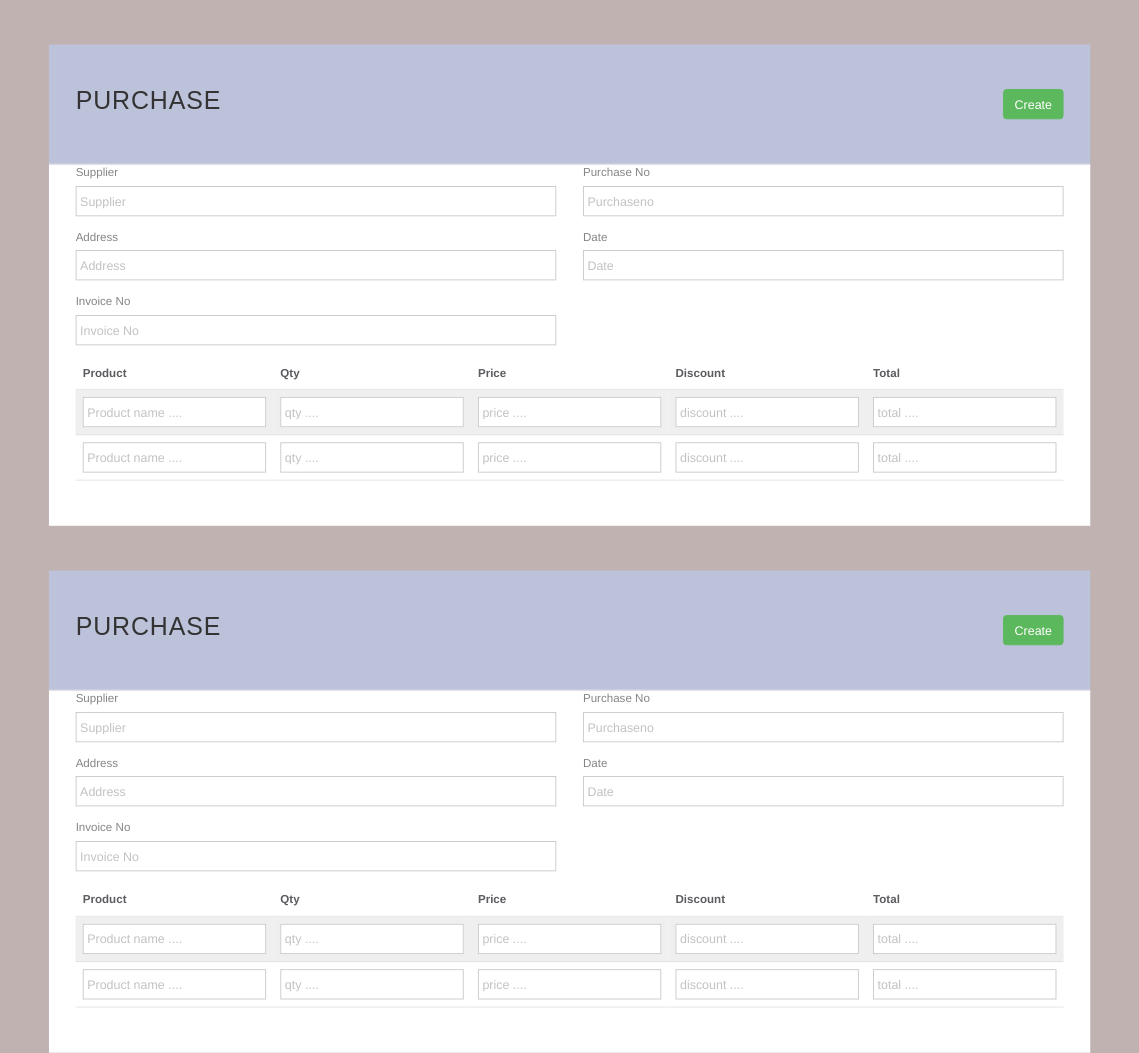
Repository: shofiulalammiyazi/bdortho
Page: http://localhost/home/purchase/purchaseCreate
The author's editor kept a copy of each file at every save. The page is drawn from the files as they stood at one save, then again after the next save.
The browser window is 1280 px wide. The pictures show the whole page, at 89% of full size.
The page is this project's Thymeleaf template; nobody is signed in. The template is opened directly, without the code that normally fills it, so the values that code supplies are empty.

Above is the page before, as saved 2021-11-26 17:16:24.

After the next save:
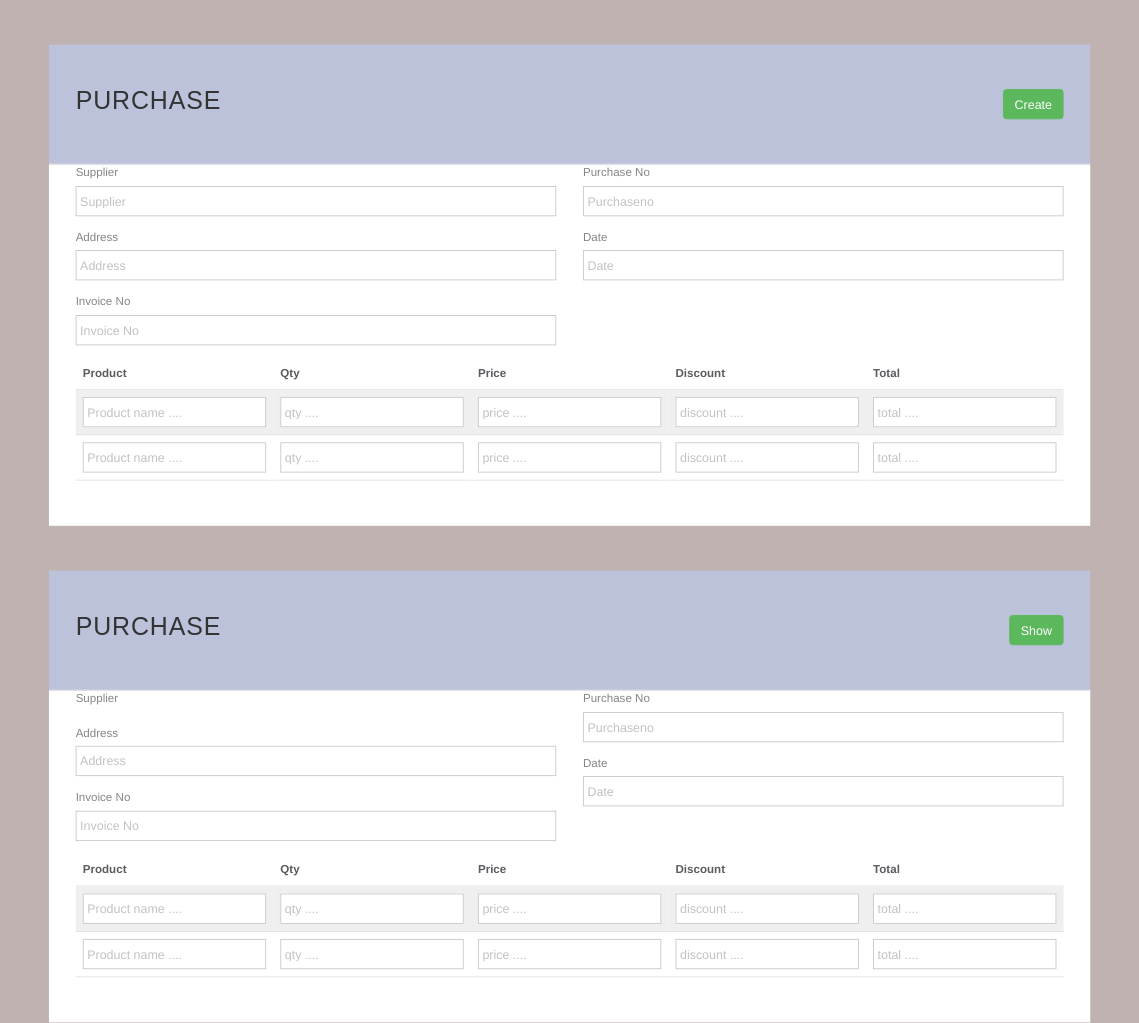
Saved 85 s later.
--- a/stock/src/main/resources/templates/home/purchase/purchaseCreate.html
+++ b/stock/src/main/resources/templates/home/purchase/purchaseCreate.html
@@ -140,7 +140,7 @@
 						</div>
 
 						<div class="col-sm-4 text-right">
-							<button class="btn btn-success" data-toggle="modal" onclick="editPageLoad()">Create</button>
+							<button class="btn btn-success" data-toggle="modal" onclick="editPageLoad()">Show</button>
 						</div>
 					</div>
 				</section>
@@ -148,7 +148,7 @@
 				<div>
 					<div class="col-sm-6">
 						<div><label>Supplier</label></div>
-						<div class="form-group"><input type="text" class="form-control" id="supplier" name="supplier" placeholder="Supplier"></div>
+						<div class="form-group"><span></span></div>
 
 						<div><label>Address</label></div>
 						<div class="form-group"><input type="text" class="form-control" id="address" name="address" placeholder="Address"></div>
